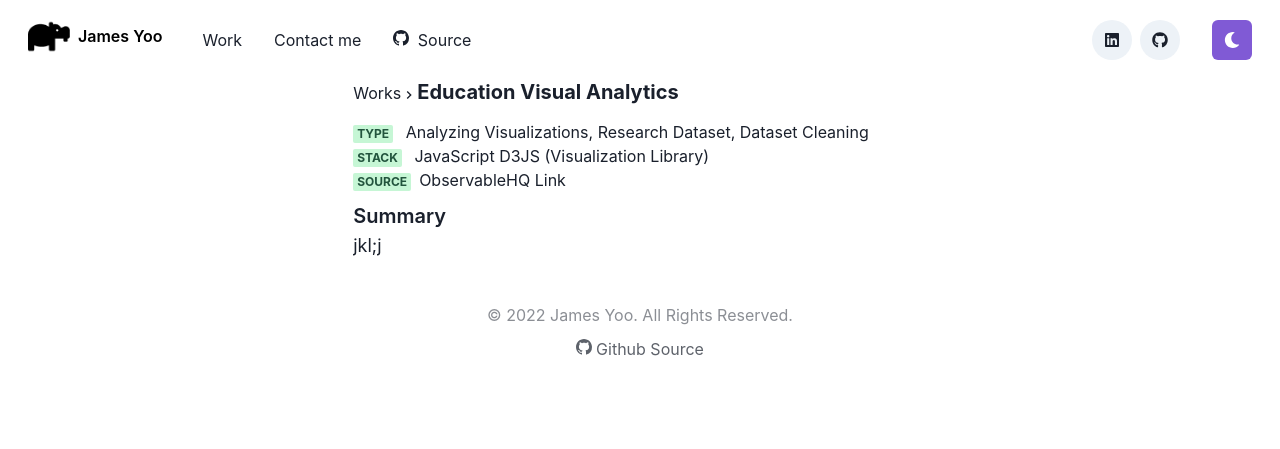
Repository: jammy729/portfolio-2022
Page: /work/educationvisualanalytics
The author's editor kept a copy of each file at every save. The page is drawn from the files as they stood at one save, then again after a run of saves.
The browser window is 1280 px wide. The pictures show the whole page.
The project was rebuilt for these pictures with package versions that can differ from the ones it lists, and the page was loaded fresh each time. Also part of the build but not shown: src/components/home.js, src/components/contact.js, src/components/layouts/layout.js, src/components/work/work.js, src/components/work/Development/WorldInstitutionDatabase/worldinstitutiondatabase.js, src/components/work/Development/GeoMemories/geomemories.js, src/components/work/Design/ExperienceDesign/experiencedesign.js, src/components/work/Development/PersonalPortfolio/personalportfolio.js. Imported but missing from the stored project, and not drawn on this page: src/components/work/Design/FinestCup/finestcup, src/components/work/Development/WorldInstitutionDatabase/universityDatabase.mp4.

Above is the page before, as saved 2022-06-28 14:46:29.

After the next 2 saves:
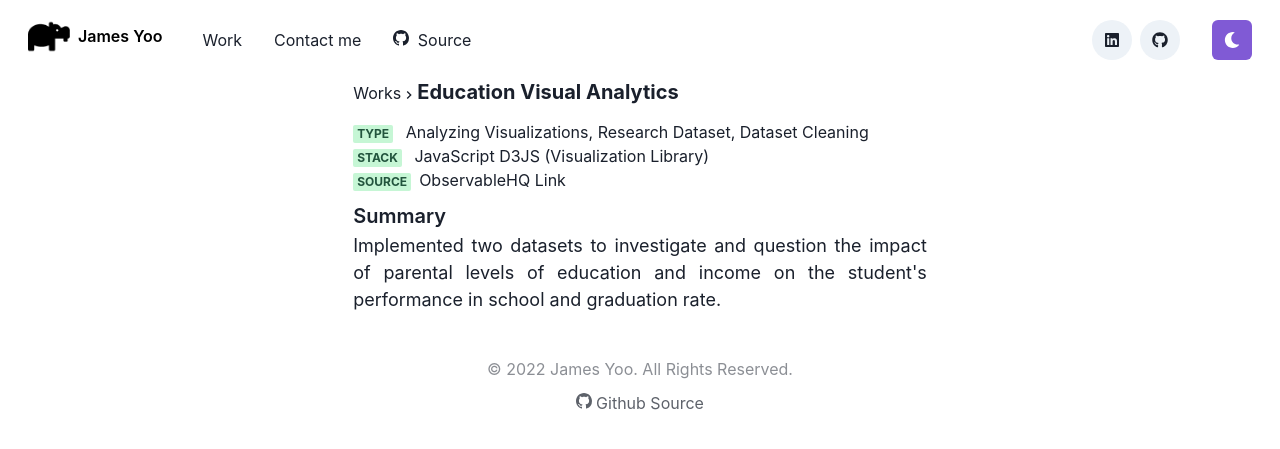
The 2 saves are shown as one change because they came seconds apart.
The last was saved 49 s later.
--- a/src/components/work/Development/EducationVisualAnalytics/educationvisualanalytics.js
+++ b/src/components/work/Development/EducationVisualAnalytics/educationvisualanalytics.js
@@ -31,7 +31,11 @@ const EducationVisualAnalytics = () => {
 
         {/* SUMMARY   */}
         <Writing size='md' title='Summary' />
-        <DescriptionText>jkl;j</DescriptionText>
+        <DescriptionText>
+          Implemented two datasets to investigate and question the impact of
+          parental levels of education and income on the student's performance
+          in school and graduation rate.
+        </DescriptionText>
       </Container>
     </Box>
   )
